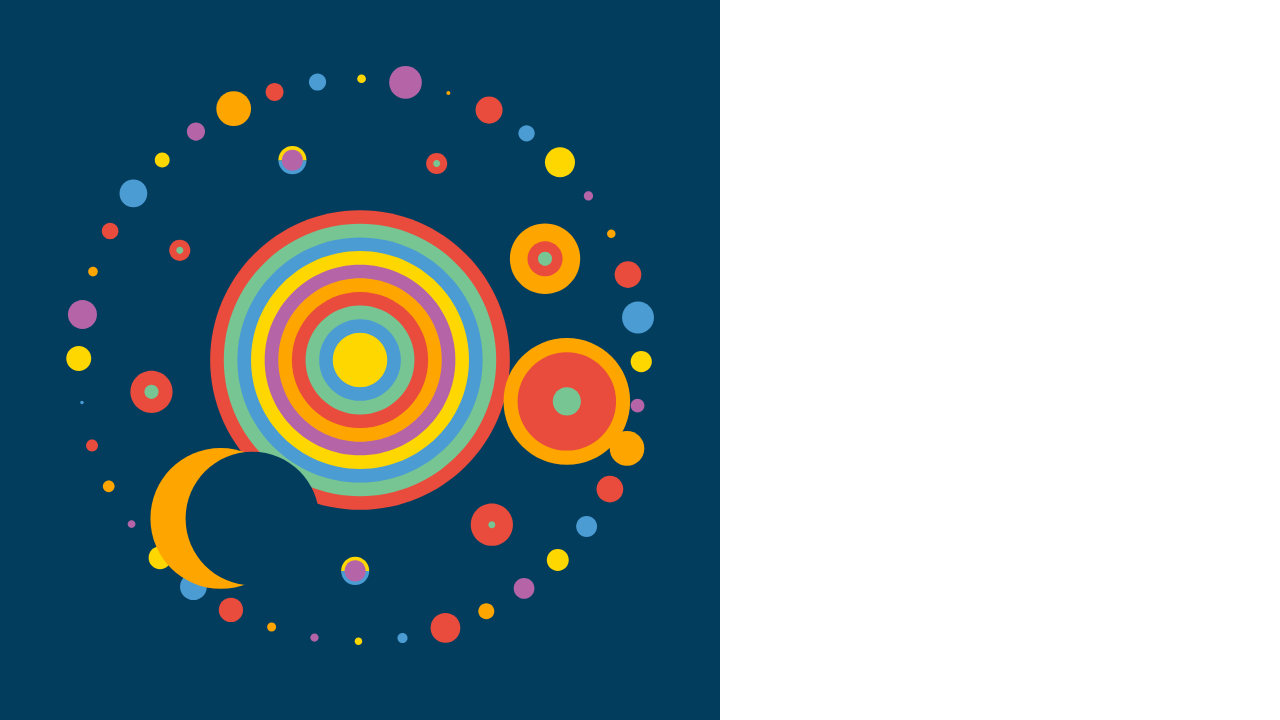
Repository: CarolYzen/yzen0734_9103_tut6_major-project_Functioning-prototype
Page: P5.project/index.html
These files come from the project's save history. The page is drawn as it stood at one moment and after the next save; the edit follows.
The browser window is 1280 px wide. The pictures show the whole page.

Above is the page before, as saved 2024-05-31 09:01:59.

After the next save:
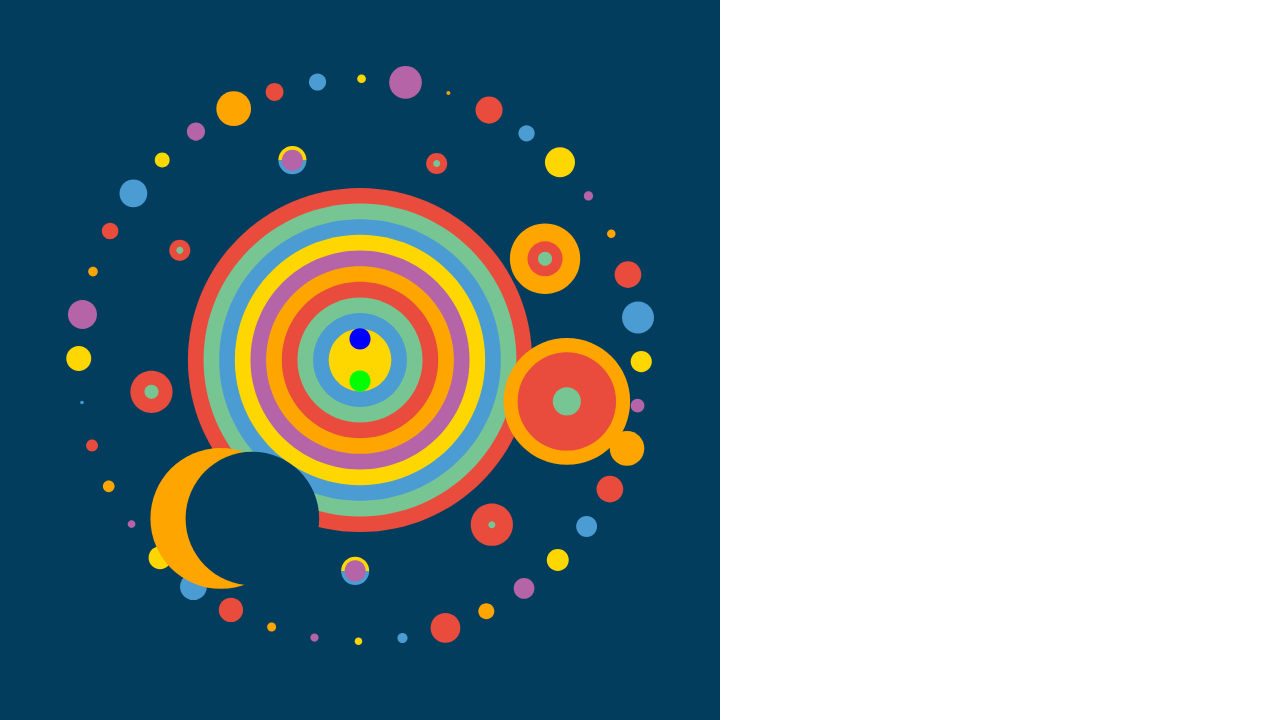
Saved 9 min 53 s later.
--- a/P5.project/sketch.js
+++ b/P5.project/sketch.js
@@ -4,23 +4,28 @@ let scaleFactor;
 let backgroundColor = [];
 let largeCircleColors = [];
 let smallCircleColors = [];
+
+// To store circles whose size and color can be modified together
 let randomCircles = [];
 let patterns = [];
-let angle = 0;
-let centralCircleRadius = 70;
-let growthFactor = 0.5;
+let angle = 0; // angle for circular motion
+let centralCircleRadius = 70; // Initial radius for the central circle
+let growthFactor = 1; // Growth factor for the central circle
 
 function setup() {
+  // Calculate the size of the canvas
   size = Math.min(windowWidth, windowHeight);
   scaleFactor = Math.min(windowWidth, windowHeight) / 1024;
   createCanvas(size, size);
   noStroke();
 
+  // Colors of the circles in the middle
   largeCircleColors = [
     color(233, 75, 60), color(119, 197, 147), color(75, 156, 211),
     color(255, 215, 0), color(181, 101, 167), color(255, 165, 0)
   ];
 
+  // Colors of the "randomCircles"
   smallCircleColors = [
     color(75, 156, 211), color(255, 215, 0), color(181, 101, 167),
     color(255, 165, 0), color(233, 75, 60)
@@ -28,6 +33,7 @@ function setup() {
 
   backgroundColor = [color(3, 61, 94)];
 
+  // Initialize randomCircles
   for (let i = 0; i < 40; i++) {
     let x = random(1024);
     let y = random(1024);
@@ -41,7 +47,7 @@ function setup() {
     randomCircles.push(randomCircle);
   }
 
-
+  // Initialize patterns
   patterns = [
     { type: 'duelCircle', x: 550, y: 180, radius: 30, delta: 10 },
     { type: 'duelCircle', x: 650, y: 300, radius: 15, delta: 5 },
@@ -57,19 +63,22 @@ function setup() {
 
 function draw() {
   push();
+  // Fit the image to the window size
   scale(scaleFactor);
   originalImage();
   pop();
 
-  if (centralCircleRadius > 100 || centralCircleRadius < 30) {
+  // Update the central circle size and direction
+  if (centralCircleRadius > 100 || centralCircleRadius < 70) {
     growthFactor *= -1;
   }
   centralCircleRadius += growthFactor;
 
-
+  // Update the angle for circular motion
   angle += 0.01;
 }
 
+// Function of special pattern1
 function drawDuelCircle(x, y, radius, delta) {
   fill(233, 75, 60);
   ellipse(x, y, radius * 2, radius * 2);
@@ -77,7 +86,15 @@ function drawDuelCircle(x, y, radius, delta) {
   ellipse(x, y, radius - delta, radius - delta);
 }
 
+// Function of special pattern2
+function drawCross(x, y, horizontalLength, verticalLength, lineWidth) {
+  strokeWeight(lineWidth);
+  stroke('#ffffff');
+  line(x, y - verticalLength / 2, x, y + verticalLength / 2);
+  line(x - horizontalLength / 2, y, x + horizontalLength / 2, y);
+}
 
+// Function of special pattern3
 function drawSpecialCircle(x, y, outerRadius, innerRadius) {
   fill(75, 156, 211);
   arc(x, y, 2 * outerRadius, 2 * outerRadius, 0, PI);
@@ -89,6 +106,7 @@ function drawSpecialCircle(x, y, outerRadius, innerRadius) {
   ellipse(x, y, 2 * innerRadius, 2 * innerRadius);
 }
 
+// Function of special pattern4
 function drawComplexCircle(x, y, outerRadius, middleRadius, innerRadius) {
   fill(255, 165, 0);
   ellipse(x, y, 2 * outerRadius, 2 * outerRadius);
@@ -97,6 +115,8 @@ function drawComplexCircle(x, y, outerRadius, middleRadius, innerRadius) {
   fill(119, 197, 147);
   ellipse(x, y, 2 * innerRadius, 2 * innerRadius);
 }
+
+// Function of drawing all patterns
 function originalImage() {
   clear();
   background(3, 61, 94);
@@ -104,11 +124,19 @@ function originalImage() {
   let x = 512;
   let y = 512;
 
+  // Circles in the middle with updated radius
   for (let r = centralCircleRadius * 5.5, i = 0; r >= centralCircleRadius; r -= centralCircleRadius / 2, i++) {
     fill(largeCircleColors[i % largeCircleColors.length]);
     ellipse(x, y, r, r);
   }
 
+  // Two small circles in the middle
+  fill(0, 0, 255);
+  ellipse(x, y - 30, 30, 30);
+  fill(0, 255, 0);
+  ellipse(x, y + 30, 30, 30);
+
+  // Draw "randomCircles" with circular motion
   for (let i = 0; i < randomCircles.length; i++) {
     let circle = randomCircles[i];
     let angleOffset = i * TWO_PI / randomCircles.length;
@@ -118,31 +146,28 @@ function originalImage() {
     ellipse(x, y, circle.r, circle.r);
   }
 
+  // Draw patterns with circular motion
   for (let i = 0; i < patterns.length; i++) {
     let pattern = patterns[i];
     let angleOffset = i * TWO_PI / patterns.length;
     let x = 512 + 300 * cos(angle + angleOffset);
     let y = 512 + 300 * sin(angle + angleOffset);
-    switch (pattern.type) {
-      case 'duelCircle':
-        drawDuelCircle(x, y, pattern.radius, pattern.delta);
-        break;
-      case 'specialCircle':
-        drawSpecialCircle(x, y, pattern.outerRadius, pattern.innerRadius);
-        break;
-      case 'complexCircle':
-        drawComplexCircle(x, y, pattern.outerRadius, pattern.middleRadius, pattern.innerRadius);
-        break;
-      case 'moon':
-        fill(255, 165, 0);
-        ellipse(x, y, pattern.moonRadius * 2, pattern.moonRadius * 2);
-        fill(3, 61, 94);
-        ellipse(x + pattern.offset, y, pattern.moonRadius * 1.9, pattern.moonRadius * 1.9);
-        break;
+    if (pattern.type === 'duelCircle') {
+      drawDuelCircle(x, y, pattern.radius, pattern.delta);
+    } else if (pattern.type === 'specialCircle') {
+      drawSpecialCircle(x, y, pattern.outerRadius, pattern.innerRadius);
+    } else if (pattern.type === 'complexCircle') {
+      drawComplexCircle(x, y, pattern.outerRadius, pattern.middleRadius, pattern.innerRadius);
+    } else if (pattern.type === 'moon') {
+      fill(255, 165, 0);
+      ellipse(x, y, pattern.moonRadius * 2, pattern.moonRadius * 2);
+      fill(3, 61, 94);
+      ellipse(x + pattern.offset, y, pattern.moonRadius * 1.9, pattern.moonRadius * 1.9);
     }
   }
 }
 
+// Fit canvas and pattern to window size
 function windowResized() {
   size = Math.min(windowWidth, windowHeight);
   scaleFactor = Math.min(windowWidth, windowHeight) / 1024;
